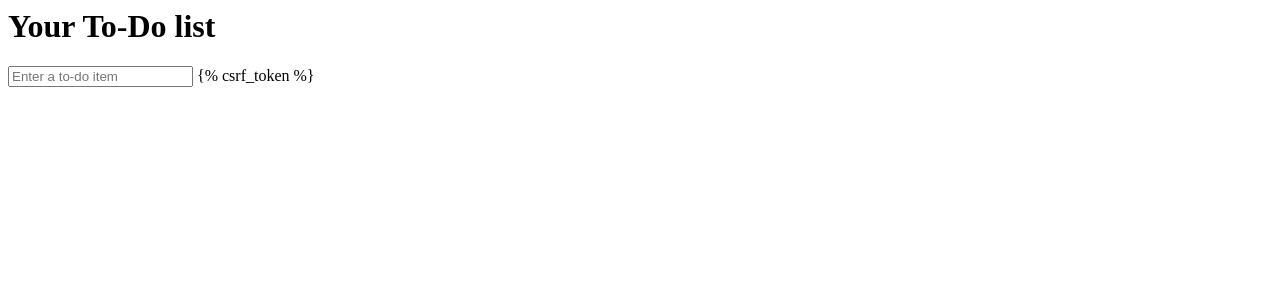
Repository: jh901011/superlists
Page: django_program/superlists/lists/templates/home.html
These files come from the project's save history. The page is drawn as it stood at one moment and after the next save; the edit follows.
The browser window is 1280 px wide. The pictures show the whole page.

Above is the page before, as saved 2017-02-04 08:25:05.

### django_program/superlists/lists/templates/home.html
<html>
	<head>
		<title>To-Do lists</title>
	</head>
	<body>
		<h1>Your To-Do list</h1>
		<form method='POST'>
			<input name='item_text' id='id_new_item' placeholder='Enter a to-do item' />
			{% csrf_token %}
		</form>
		<table id='id_list_table'>
		</table>
	</body>
</html>

After the next save:
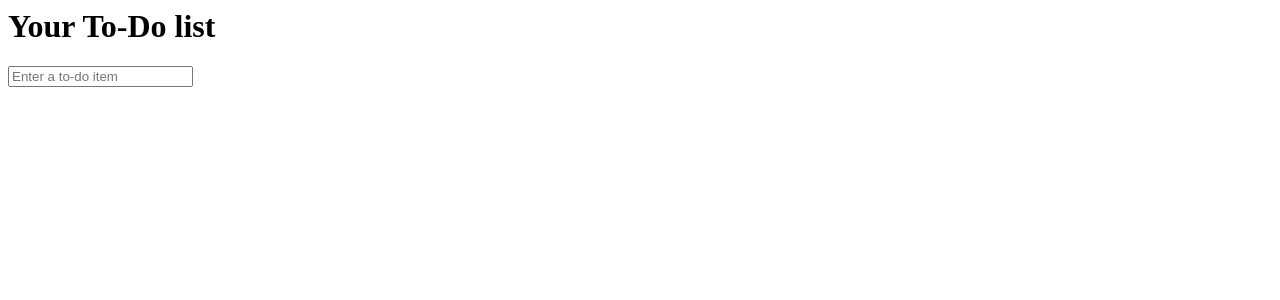
Saved 50 s later.
--- a/django_program/superlists/lists/templates/home.html
+++ b/django_program/superlists/lists/templates/home.html
@@ -6,7 +6,7 @@
 		<h1>Your To-Do list</h1>
 		<form method='POST'>
 			<input name='item_text' id='id_new_item' placeholder='Enter a to-do item' />
-			{% csrf_token %}
+
 		</form>
 		<table id='id_list_table'>
 		</table>
